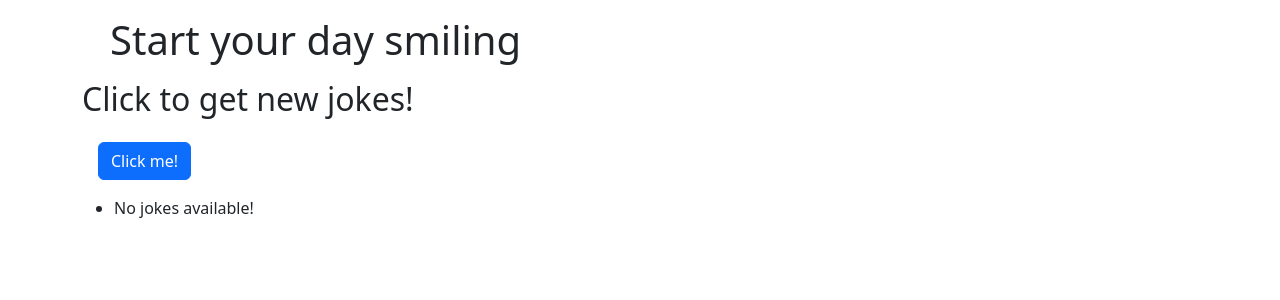
Repository: danieltikamori/wdb
Page: projects/Joke Machine/index.html
An editor plug-in stored every save of this project. The page is shown before and after a run of saves, followed by the edit.
The browser window is 1280 px wide. The pictures show the whole page.
After loading, the first visible `#jokeButton` was clicked once.
The page's requests for data from a server got no answer. Some web libraries are served in a nearby version.

Above is the page before, as saved 2023-01-28 18:05:34.

### projects/Joke Machine/index.html
<!DOCTYPE html>
<html lang="en">
<head>
  <meta charset="UTF-8">
  <meta http-equiv="X-UA-Compatible" content="IE=edge">
  <meta name="viewport" content="width=device-width, initial-scale=1.0">
  <title>Joke Machine</title>
  <link href="https://cdn.jsdelivr.net/npm/bootstrap@5.3.0-alpha1/dist/css/bootstrap.min.css" rel="stylesheet" integrity="sha384-GLhlTQ8iRABdZLl6O3oVMWSktQOp6b7In1Zl3/Jr59b6EGGoI1aFkw7cmDA6j6gD" crossorigin="anonymous">
</head>
<body>
  <div class="container">
    <h1 class="m-3 container-fluid">Start your day smiling</h1>
    <h2>Click to get new jokes!</h2>
    <button id="jokeButton" class="btn btn-primary m-3">Click me!</button>
    <ul id="jokes"></ul>
  </div>

  <script src="https://cdn.jsdelivr.net/npm/bootstrap@5.3.0-alpha1/dist/js/bootstrap.bundle.min.js" integrity="sha384-w76AqPfDkMBDXo30jS1Sgez6pr3x5MlQ1ZAGC+nuZB+EYdgRZgiwxhTBTkF7CXvN" crossorigin="anonymous"></script><script src="https://cdn.jsdelivr.net/npm/bootstrap@5.3.0-alpha1/dist/js/bootstrap.bundle.min.js" integrity="sha384-w76AqPfDkMBDXo30jS1Sgez6pr3x5MlQ1ZAGC+nuZB+EYdgRZgiwxhTBTkF7CXvN" crossorigin="anonymous"></script>
  <script src="https://cdn.jsdelivr.net/npm/axios@1.1.2/dist/axios.min.js"></script>
  <script src="app.js"></script>
</body>
</html>

### projects/Joke Machine/app.js
// axios.get("https://icanhazdadjoke.com/").then((res) =>{
//   console.log("Accept: ")
// })

const jokes = document.querySelector("#jokes");
const button = document.querySelector("#jokeButton");

const addNewJoke = async () => {
  const jokeText = await getDadJoke();
  const newLI = document.createElement("LI");
  newLI.append(jokeText);
  jokes.append(newLI);
};

const getDadJoke = async () => {
  try {
    const config = { headers: { Accept: "application/json" } };
    const response = await axios.get("https://icanhazdadjoke.com/", config);
    return response.data.joke;
  } catch (err) {
    return "No jokes available! ";
  }
};
button.addEventListener("click", addNewJoke); //Event listener must be after the function

After the next 2 saves:
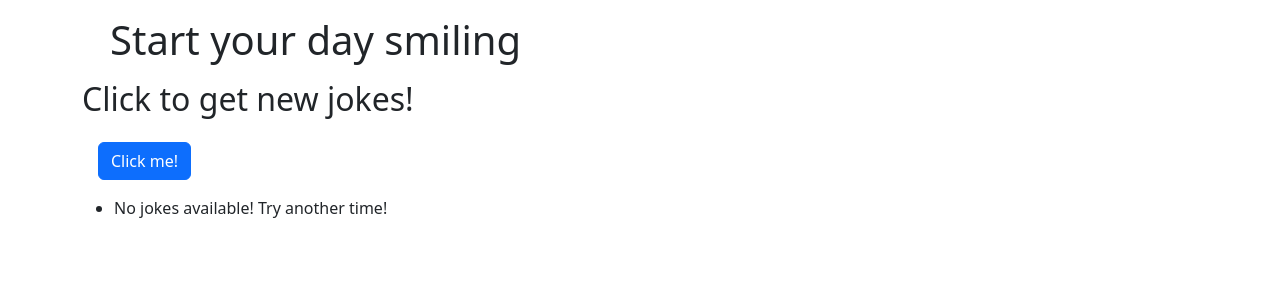
The 2 saves are shown as one change because they came seconds apart.
The last was saved 10 s later.
--- a/projects/Joke Machine/app.js
+++ b/projects/Joke Machine/app.js
@@ -18,7 +18,7 @@
     const response = await axios.get("https://icanhazdadjoke.com/", config);
     return response.data.joke;
   } catch (err) {
-    return "No jokes available! ";
+    return "No jokes available! Try another time!";
   }
 };
 button.addEventListener("click", addNewJoke); //Event listener must be after the function
